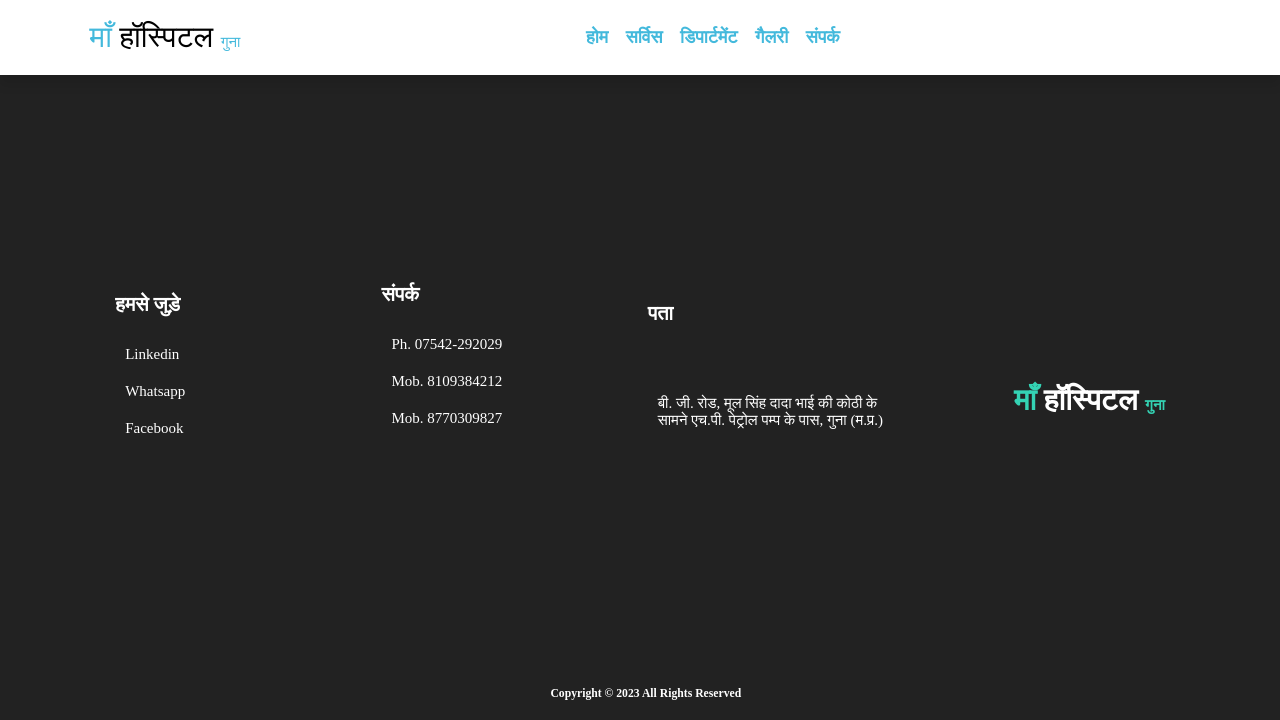
Repository: Aayush919/test
Page: contact.html
The author's editor kept a copy of each file at every save. The page is drawn from the files as they stood at one save, then again after a run of saves.
The browser window is 1280 px wide. The pictures show the whole page.

Above is the page before, as saved 2023-10-15 20:10:08.

After the next 4 saves:
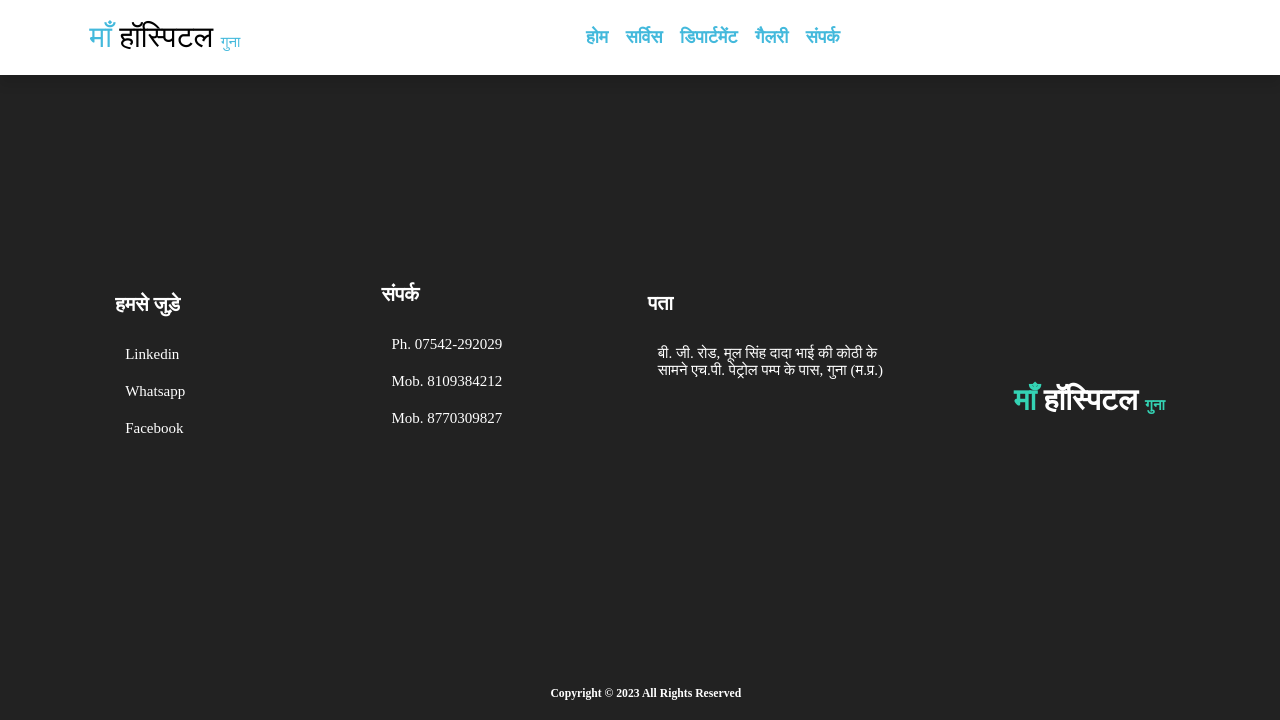
The 4 saves are shown as one change because they came seconds apart.
The last was saved 15 s later.
--- a/contact.html
+++ b/contact.html
@@ -49,10 +49,10 @@
 
         <div class="inner-footer">
             <h2>पता</h2>
-            <a href=""></a>
-            <a href=""></a>
            <a href="#">   <i class="ri-map-pin-line  loc" ></i>   बी. जी. रोड, मूल सिंह दादा भाई की कोठी के सामने एच.पी. पेट्रोल पम्प के पास, गुना (म.प्र.)</a>
-
+          <a href=""></a>
+          <a href=""></a>
+          <a href=""></a>
         </div>
 
         <h1><span>माँ </span> हॉस्पिटल <span id="guna">गुना</span></h1>
